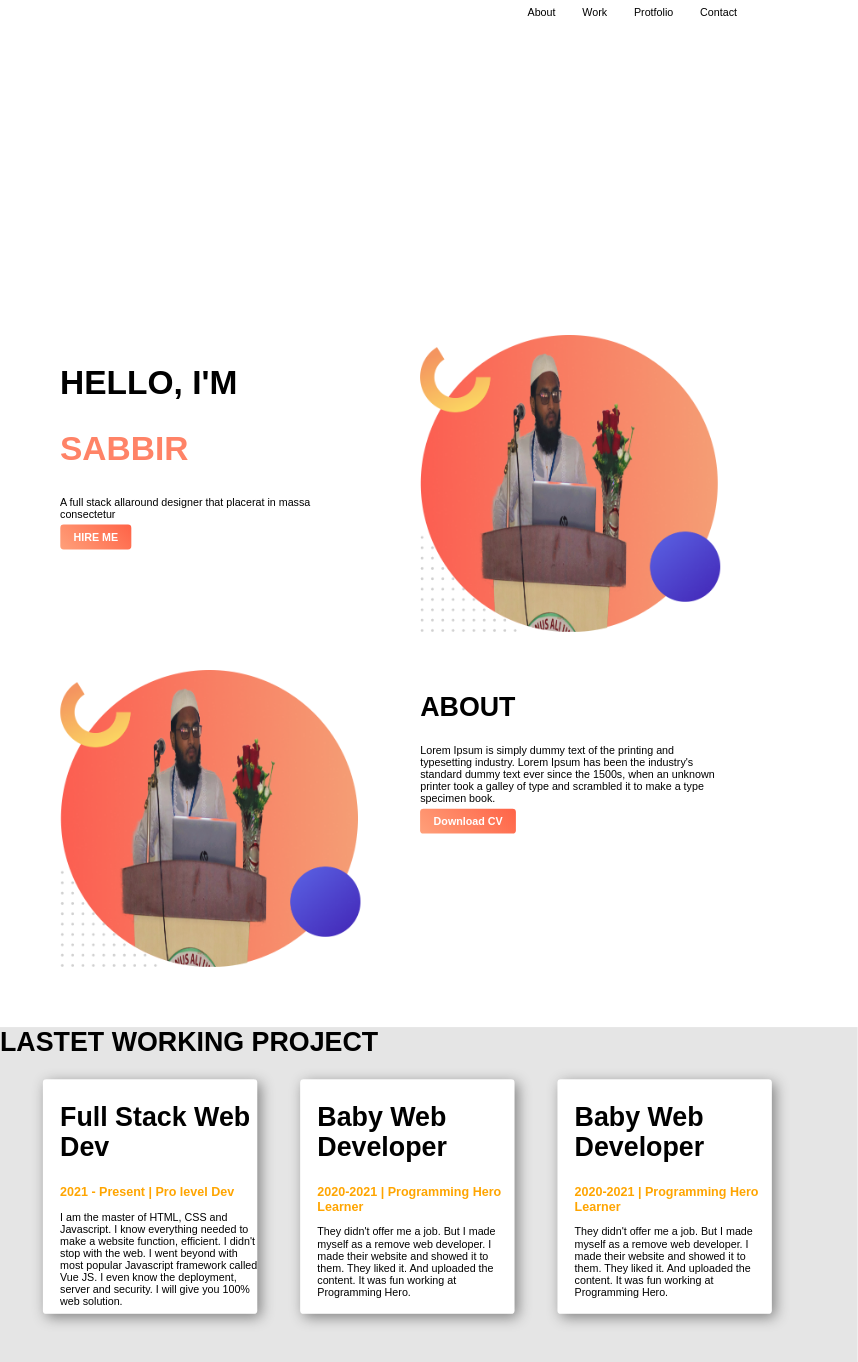
Repository: sabbircse3/personal-website
Page: index.html
The author's editor kept a copy of each file at every save. The page is drawn from the files as they stood at one save, then again after the next save.
The browser window is 1280 px wide. The pictures show the whole page, at 67% of full size.

Above is the page before, as saved 2021-01-06 00:23:05.

After the next save:
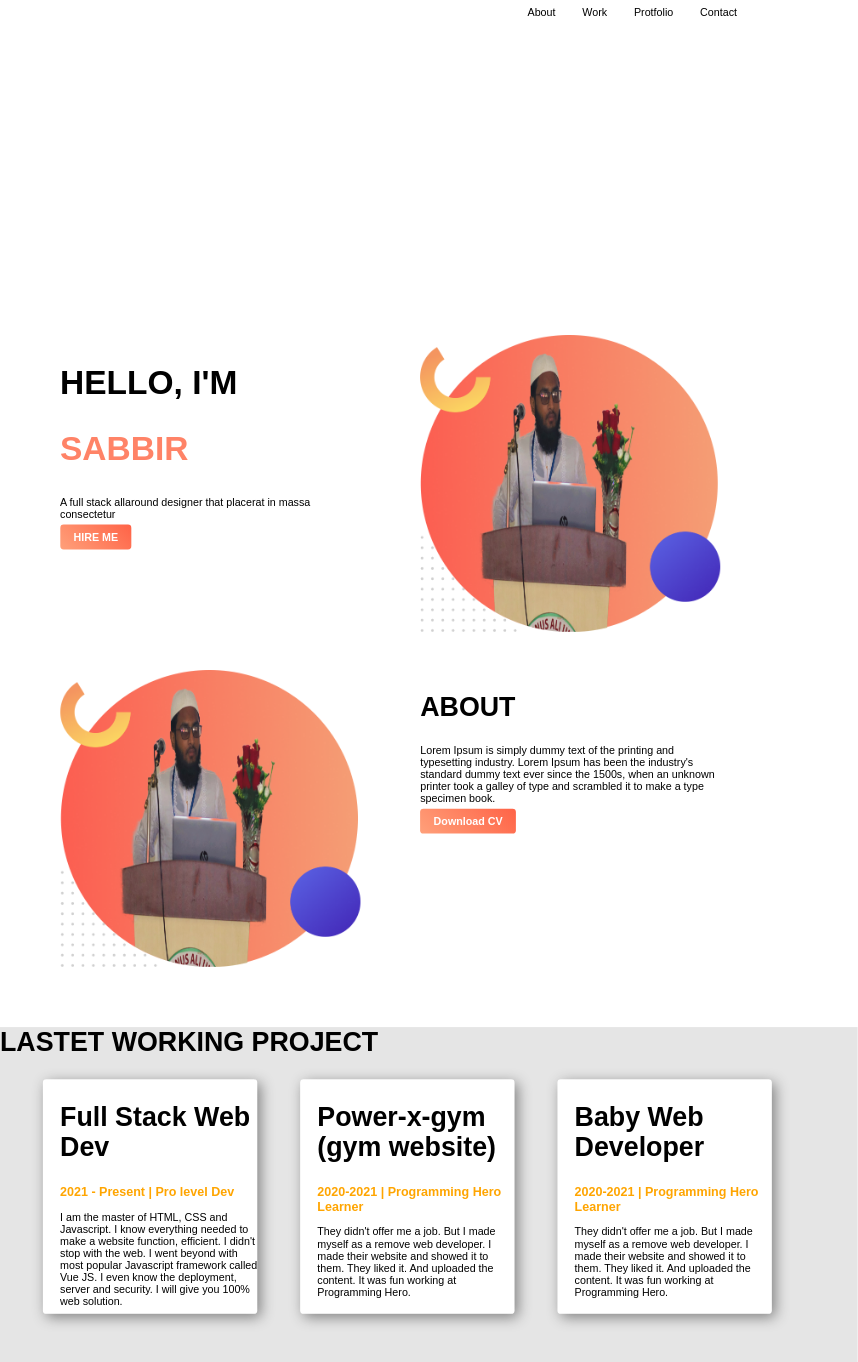
Saved 40 s later.
--- a/index.html
+++ b/index.html
@@ -55,7 +55,7 @@
         </div>
 
         <div id="baby-web" class="half-width single-experience">
-            <h2>Baby Web Developer</h2>
+            <h2>Power-x-gym (gym website)</h2>
             <h3 class="orange-highlight">2020-2021 | Programming Hero Learner</h3>
             <p>They didn't offer me a job. But I made myself as a remove web developer. I made their website and showed it to them. They liked it. And uploaded the content. It was fun working at Programming Hero.</p>
 
